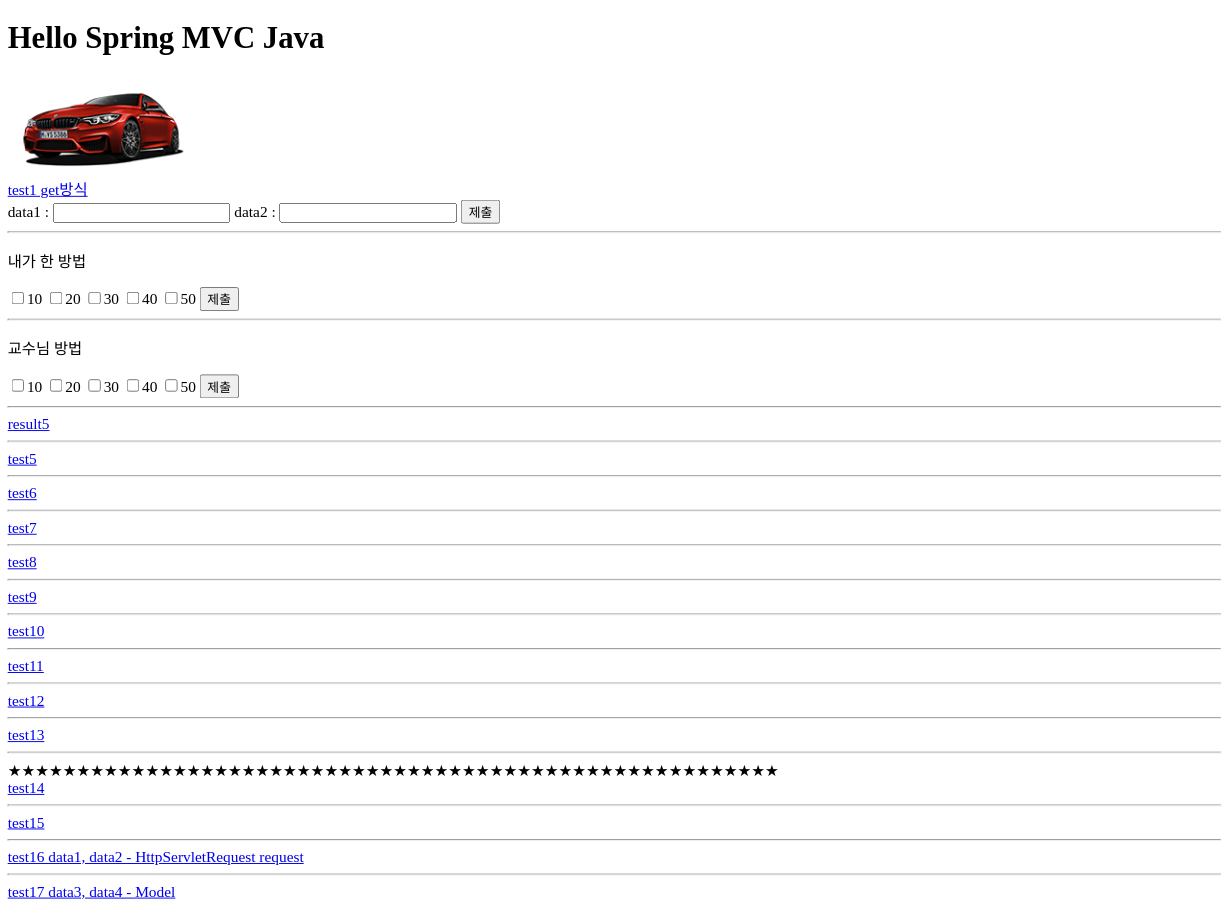
Repository: kangseongwuk/Spring
Page: http://localhost/WebSpringSample3_parameter/WEB-INF/views/index.jsp
The author's editor kept a copy of each file at every save. The page is drawn from the files as they stood at one save, then again after the next save.
The browser window is 1280 px wide. The pictures show the whole page, at 96% of full size.
The page is served by Tomcat 9. Nobody is signed in. Other server files are loaded and not shown. The template is opened directly, without the code that normally fills it, so the values that code supplies are empty.

Above is the page before, as saved 2022-10-11 08:32:30.
Console error: TypeError: Cannot read properties of null (reading 'checked')

### WebSpringSample3_parameter/src/main/webapp/WEB-INF/views/index.jsp
<%@ page language="java" contentType="text/html; charset=UTF-8"
    pageEncoding="UTF-8"%>
<!DOCTYPE html>
<html>
<head>
<meta charset="UTF-8">
<title>Insert title here</title>
<script type="text/javascript">
	if(document.getElementById("data1").checked){
		document.getElementByID("data1_hidden").disabled=true;
	}
	if(document.getElementById("data2").checked){
		document.getElementByID("data2_hidden").disabled=true;
	}
	if(document.getElementById("data3").checked){
		document.getElementByID("data3_hidden").disabled=true;
	}
	if(document.getElementById("data4").checked){
		document.getElementByID("data4_hidden").disabled=true;
	}
	if(document.getElementById("data5").checked){
		document.getElementByID("data5_hidden").disabled=true;
	}
</script>
</head>
<body>
	<h1>Hello Spring MVC Java</h1>
	<img src="image/bmwmodel_205.png"/><br>
	<a href="test1?data1=100&data2=200">test1 get방식</a><br>

	<form action="result2">
		<label>data1 : <input type="text" name=data1></label>
		<label>data2 : <input type="text" name=data2></label>
		<label><input type="submit" value="제출" ></label>
	</form>

	<hr>
	<p>내가 한 방법</p>
	<form action="result3" method="get">
	<input type="checkbox" value="10" name=data1>10
	<input type="hidden" value="0" name=data1 id=data1_hidden/>
	<input type="checkbox" value="20" name=data2>20
	<input type="hidden" value="0" name=data2 id=data2_hidden/>
	<input type="checkbox" value="30" name=data3>30
	<input type="hidden" value="0" name=data3 id=data3_hidden/>
	<input type="checkbox" value="40" name=data4>40
	<input type="hidden" value="0" name=data4 id=data4_hidden/>
	<input type="checkbox" value="50" name=data5>50
	<input type="hidden" value="0" name=data5 id=data5_hidden/>
	<input type="submit" value="제출">
	</form>
	<hr>
	<p>교수님 방법</p>
	<form action="result4" method="get">
	<input type="checkbox" value="10" name=data_3>10
	<input type="checkbox" value="20" name=data_3>20
	<input type="checkbox" value="30" name=data_3>30
	<input type="checkbox" value="40" name=data_3>40
	<input type="checkbox" value="50" name=data_3>50
	<input type="submit" value="제출">
	</form>
	<hr>
	<a href="result5?data1=100&data2=200&data3=300&data4=400&data5=500">result5</a>
	<hr>
	<a href="test5/100/200/300/400/500">test5</a>
	<hr>
	<a href="test6?data1=100&data2=200&data3=300&data4=400&data5=500">test6</a>
	<hr>
	<a href="test7?data1=100&data2=200&data3=300&data4=400&data5=500">test7</a>
	<hr>
	<a href="test8?data1=100&data2=200&data3=300">test8</a>
	<hr>
	<a href="test9?data1=100&data2=200&data3=300">test9</a>
	<hr>
	<a href="test10?data1=100&data2=200&data3=300">test10</a>
	<hr>
	<a href="test11?data1=100&data2=200&data3=300">test11</a>
	<hr>
	<a href="test12?data1=100&data2=200&data3=300">test12</a>
	<hr>
	<a href="test13?data1=100&data2=200&data2=300&data2=400">test13</a>
	<hr>
	<span>★★★★★★★★★★★★★★★★★★★★★★★★★★★★★★★★★★★★★★★★★★★★★★★★★★★★★★★★</span><br>
	<a href="test14?data1=100&data2=200&data2=300&data2=400">test14</a>
	<hr>
	<a href="test15?data1=100&data2=200&data2=300&data2=400&data3=500&data4=600&data4=700">test15</a>
	<hr>
	<a href="test16">test16 data1, data2 - HttpServletRequest request</a>
	<hr>
	<a href="test17">test17 data3, data4 - Model</a>




</body>
</html>

<!--
.요청 방식 지정하기

Spring MVC 는 요청 주소별로 메서드를 정의할 수도 있지만 같은 요청 주소에서 요청 방식에 따라 메서드를 정의할 수도 있습니다.
GET, POST, PUT, DELELTE, PATCH 에 대해 처리할 수 있습니다.

@RequestMapping
RequestMapping 어노테이션은 요청 주소 셋팅 뿐만 아니라 요청 방식도 설정할 수 있습니다.

@RequestMapping(value = "/test1", method = RequestMethod.GET)
public String test1() {
	return "test1";
}

요청 어노테이션

RequestMapping 대신 요청별로 제공되는 어노테이션을 사용할 수도 있습니다.
@GetMapping("/test4")
public String test4() {
	return "test4";
}

@PostMapping("/test5")
public String test5() {
	return "test5";
}


동시에 설정하기

RequestMapping은 요청 방식들을 동시에 설정할 수 있습니다.

@RequestMapping(value = "/test7", method = {RequestMethod.GET, RequestMethod.POST})
public String test7() {
	return "test7";
}
 -->


<!--
 Parameter 추출하기
-------------------------
클라이언트 요청 발생 시 전달하는 파라미터 데이터를 손쉽게 주입 받을 수 있도록 다양한 방식을 제공하고 있습니다.
Spring MVC는 Servlet/JSP 처럼 요청 방식에 따라 파라미터 추출하는 방식이 달라지지는 않습니다.

 - HttpServletRequest 사용하기
 1) Spring MVC는 필요한 객체나 데이터는 주입을 받아 사용하게 됩니다.
 2) Servlet/JSP에서 파라미터 데이터를 추출할 때 HttpServletRequest request 객체를 통하게 되는데
    Spring MVC에서 이 객체를 주입 받아 사용할 수 있습니다.
 3) 파라미터 추출 뿐만 아니라 HttpServletRequest 객체가 필요할 경우 사용하면 됩니다.

	@GetMapping("/test1")
	public String test1(HttpServletRequest request) {

	String data1 = request.getParameter("data1");
	String data2 = request.getParameter("data2");
	String [] data3 = request.getParameterValues("data3");

				… 생략
	}


 - WebRequest 사용하기
   WebRequest는 HttpServletRequest 클래스를 확장한 클래스입니다.

  @GetMapping("/test3")
   public String test3(WebRequest request) {

   String data1 = request.getParameter("data1");
   String data2 = request.getParameter("data2");
   String [] data3 = request.getParameterValues("data3");

   				 …생략…
   }


 - @PathVariable
     데이터가 요청 주소에 있을 경우 값을 주입 받을 수 있는 어노테이션입니다.
   Restful API 서버 프로그래밍시 많이 사용하는 방식입니다.
            데이터1/2/3
      요청주소/값1/값2/값3

	형 변환
	@GetMapping("/test4/{data1}/{data2}/{data3}")
	public String test4(@PathVariable int data1,
					    @PathVariable int data2,
			 			@PathVariable int data3) {
			 	.........
	}

- @RequestParam
	1) 파라미터 데이터를 직접 주입 받을 수 있습니다.
	2) 지정된 변수의 이름과 파라미터의 이름이 같을 경우 값을 주입 받습니다.
	3) 가능한 경우 형 변환도 처리해줍니다.
	4) value : 파라미터의 이름과 변수의 이름이 다를 경우 파라미터 이름을 지정합니다.
	5) required : false를 설정하면 지정된 이름의 파라미터가 없을 경우 null이 주입되고,
		있으면 넘어온 값으로 됩니다.(문자인 경우)
	6) (defaultValue = "0")설정하면 기본값으로 설정되고,  있으면 넘어온 값으로 됩니다.

	@GetMapping("/test7")
	public String test7(@RequestParam(value = "data1") String value1,
			  @RequestParam(value = "data2", required = false) String value2,
			  @RequestParam(value = "data3", defaultValue = "default") String value3) {

			  ..........
	 }

 -->

<!--
★★★★★★★★★★★★★★★★★★★★★★★★★★★★★★★★★★★★★★★★★★★★★★★★★★★★★★★★★★★★★★★★★★
★★★★★★★★★★★★★★★★★★★★★★★★★★★★★★★★★★★★★★★★★★★★★★★★★★★★★★★★★★★★★★★★★★
★★★★★★★★★★★★★★★★★★★★★★★★★★★★★★★★★★★★★★★★★★★★★★★★★★★★★★★★★★★★★★★★★★
★★★★★★★★★★★★★★★★★★★★★★★★★★★★★★★★★★★★★★★★★★★★★★★★★★★★★★★★★★★★★★★★★★
객체로 파라미터 주입받기
-----------------------------
 - Map으로 주입 받기
 1) 클라이언트가 전달 하는 모든 파라미터 데이터를 한번에 Map으로 받을 수 있습니다.
 2) 단, 동일 명으로 전달되는 2개 이상의 파라미터는 하나만 담기게 됩니다.
 3) 동일명으로 전달되는 파라미터가 2개 이상이라면 List로 주입 받아야 합니다.

  public String test1(@RequestParam Map<String, String> map,
		  @RequestParam List<String> data3) {

	}

 - @ModelAttribute
  1) ModelAttribute 어노테이션을 사용하면 파라미터를 객체로 주입받을 수 있습니다.
  2) 전달되는 파라미터의 이름과 동일한 프로퍼티에 자동으로 주입됩니다.
  3) 이 어노테이션은 생략이 가능합니다. 이러한 객체를 커맨드 객체(Command Object)라고 부릅니다.

  public String test2(@ModelAttribute DataBean1 bean1,
		      @ModelAttribute DataBean2 bean2) {

  }



.ViewResolver
------------------
  - 컨트롤러에서 전달 받은 View의 이름을 토대로 jsp를 찾아 선택하고 jsp 데이터를 분석해 응답결과를 만들어 전달하는 요소 입니다.
본 과정에서는 ViewResolver가 사용할 View의 이름을 지정하는 방법과 jsp 를 통해 응답 결과를 만들 때 필요한 데이터를 전달하는 방법에 대해 살펴봅니다


 - HttpServletRequest
 - Spring MVC는 jsp 를 처리할 때 HttpServletRequest 객체를 jsp 쪽으로 전달합니다.
ViewResolver는 이를 이용해 JSP 작업시 데이터를 사용할 수 있습니다.

  public String test2(HttpServletRequest request) {
     request.setAttribute("value1", 100);
     request.setAttribute("value2", 200);
     return "test2";
}

 - Model
Model 객체를 주입 받아 셋팅하면 HttpServletRequest 객체에 담겨 이를 JSP로 전달할 수 있습니다.

public String test3(Model model) {
model.addAttribute("value3", 300);
model.addAttribute("value4", 400);
return "test3";
}

 - ModelAndView

ModelAndView는 Model에 값을 셋팅하는 기능과 View의 이름을 지정하는 기능을 모두 가지고 있습니다.
public ModelAndView test5(ModelAndView mv) {
mv.addObject("value3000", 3000);
mv.addObject("value4000", 4000);
mv.setViewName("test5");
return mv;
}

ViewResolver에 의해 JSP가 실행되고 응답결과가 만들어집니다.
Controller 에서 View를 지정할 때 ViewResolver가 사용할 데이터를 Request 영역에 저장할 수 있습니다.


.커맨드 객체
-------------------
 클라이언트가 전달해 주는 파라미터 데이터를 주입 받기 위해 사용하는 객체

 - Request를 통해 전달
@PostMapping("/test1")
public String test1(@ModelAttribute DataBean bean) {
	return "test1";
}


커맨드 객체는 HttpServletRequest 객체에 자동으로 담기고 jsp로 전달됩니다.
이 때, HttpServletRequest 객체에 저장되는 이름은 클래스의 이름으로 결정됩니다.
@PostMapping("/test1")
public String test1(@ModelAttribute DataBean bean) {
	return "test1";
}

<h3>data1 : ${requestScope.dataBean.data1 }</h3>
<h3>data2 : ${requestScope.dataBean.data2 }</h3>

 - 저장되는 이름 설정
HttpServletRequest에 저장되는 이름을 지정하고 싶다면 ModelAttribute 어노테이션에 지정하면 됩니다.
@PostMapping("/test2")
public String test2(@ModelAttribute("testData") DataBean bean) {
	return "test2";
}

<h3>data1 : ${requestScope.testData.data1 }</h3>
<h3>data2 : ${requestScope.testData.data2 }</h3>







  -->

After the next save:
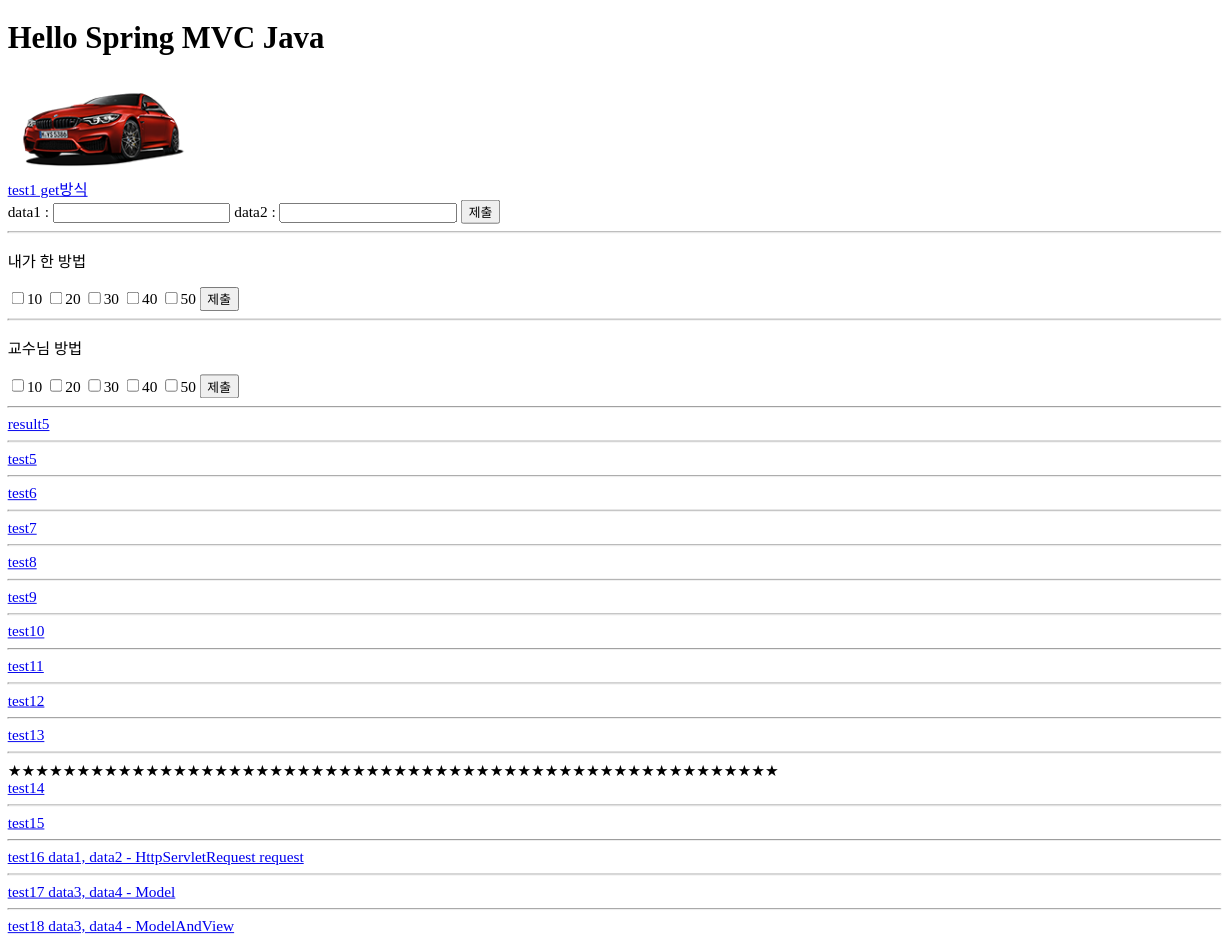
Saved 34 s later.
--- a/WebSpringSample3_parameter/src/main/webapp/WEB-INF/views/index.jsp
+++ b/WebSpringSample3_parameter/src/main/webapp/WEB-INF/views/index.jsp
@@ -88,6 +88,8 @@
 	<a href="test16">test16 data1, data2 - HttpServletRequest request</a>
 	<hr>
 	<a href="test17">test17 data3, data4 - Model</a>
+	<hr>
+	<a href="test18">test18 data3, data4 - ModelAndView</a>
 
 
 
